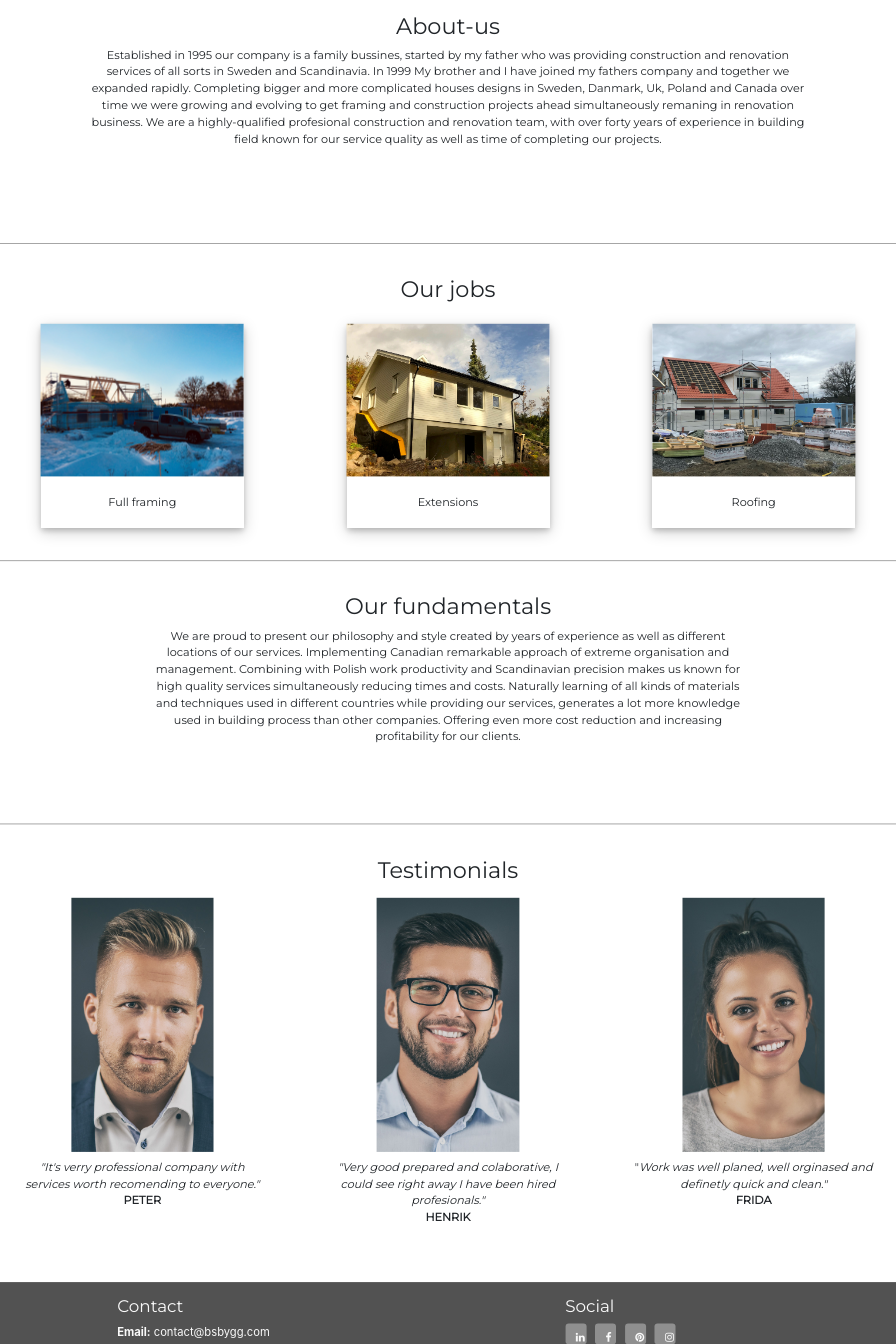
Repository: Bartie1982/milestone-project-1
Page: index.html
The author's editor kept a record of every edit. The page is drawn from the files as they stood at one moment, then again after the next edit.
The browser window is 1280 px wide. The pictures show the part of the page from y = 732 to 2652 px (the page is 2806 px tall), at 70% of full size.
Some web libraries are served in a nearby version.

Above is the page before.

After the next edit:
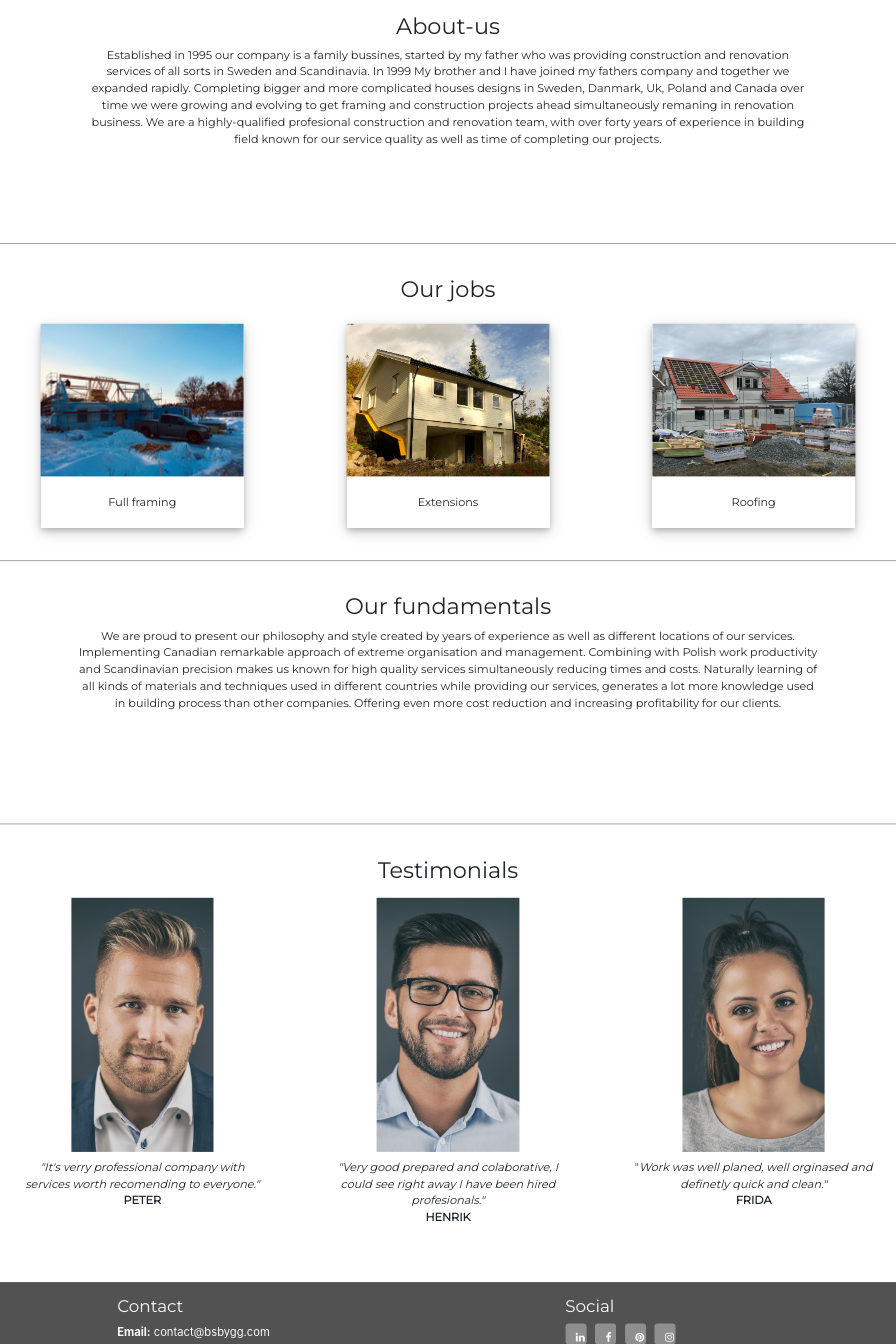
The edit:
--- a/index.html
+++ b/index.html
@@ -119,7 +119,7 @@
             </div>
         </div>
         <div class="row d-flex justify-content-center" id="our-fundamentals">
-            <div class="col-md-8 our-fundamentals">
+            <div class="col-md-10 our-fundamentals">
                 <h2>Our fundamentals</h2>
 
                 <p class="text-space">We are proud to present our philosophy and style created by years of experience as well as different locations of our services.
